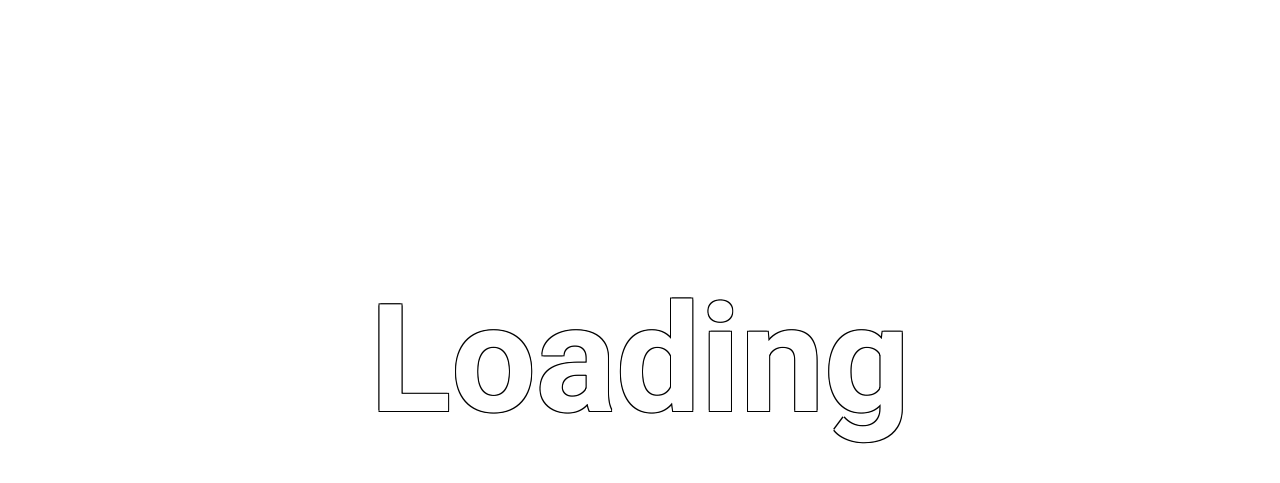
Repository: safak/animation
Page: index-4.html
These files come from the project's save history. The page is drawn as it stood at one moment and after the next save; the edit follows.
The browser window is 1280 px wide. The pictures show the whole page.

Above is the page before, as saved 2020-12-17 00:32:46.

After the next save:
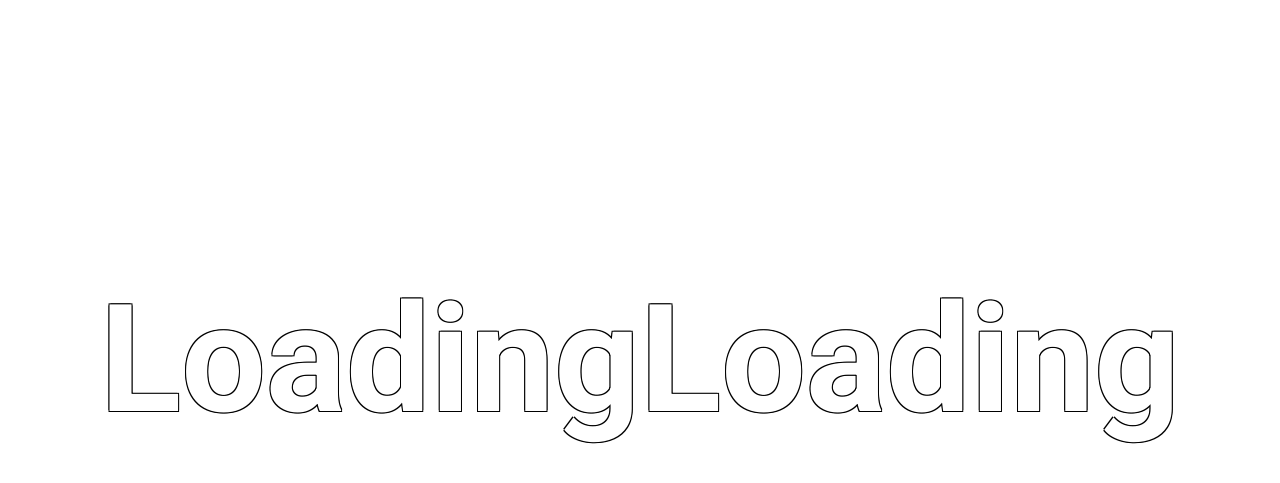
Saved 29 s later.
--- a/style.css
+++ b/style.css
@@ -155,3 +155,7 @@
     1px 1px 0 #000;
     color: white;
 }
+
+h1::before{
+  content:"Loading"
+}
